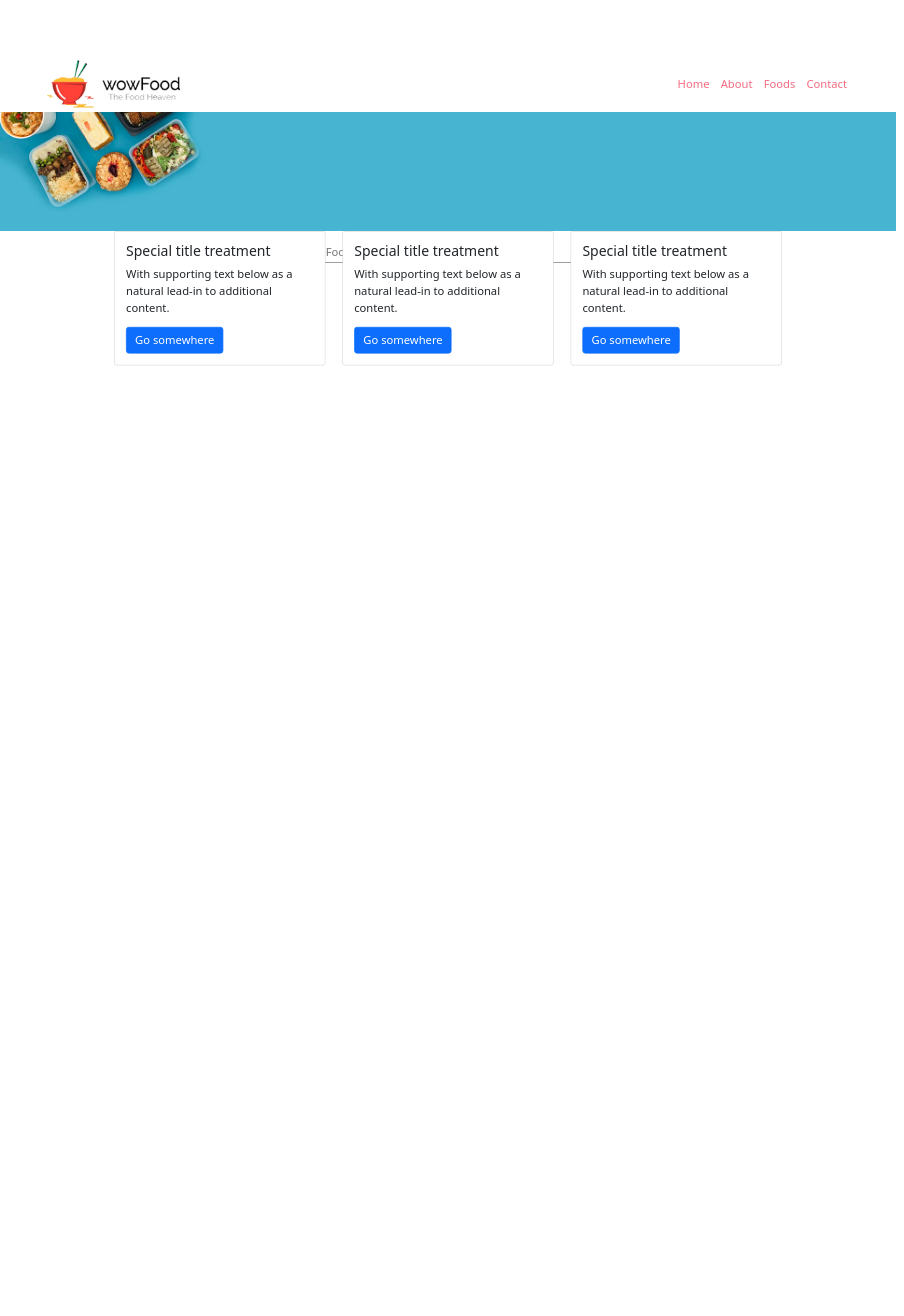
Repository: ruaruababa/RestaurantBS5
Page: html/index.html
These files come from the project's save history. The page is drawn as it stood at one moment and after a run of saves; the edit follows.
The browser window is 1280 px wide. The page is 1292 px wide, so the pictures cover 1292 px, including what lies to the right of the window. The pictures show the part of the page from y = 0 to 1880 px (the page is 3080 px tall), at 70% of full size.

Above is the page before, as saved 2021-09-25 17:07:43.

After the next 2 saves:
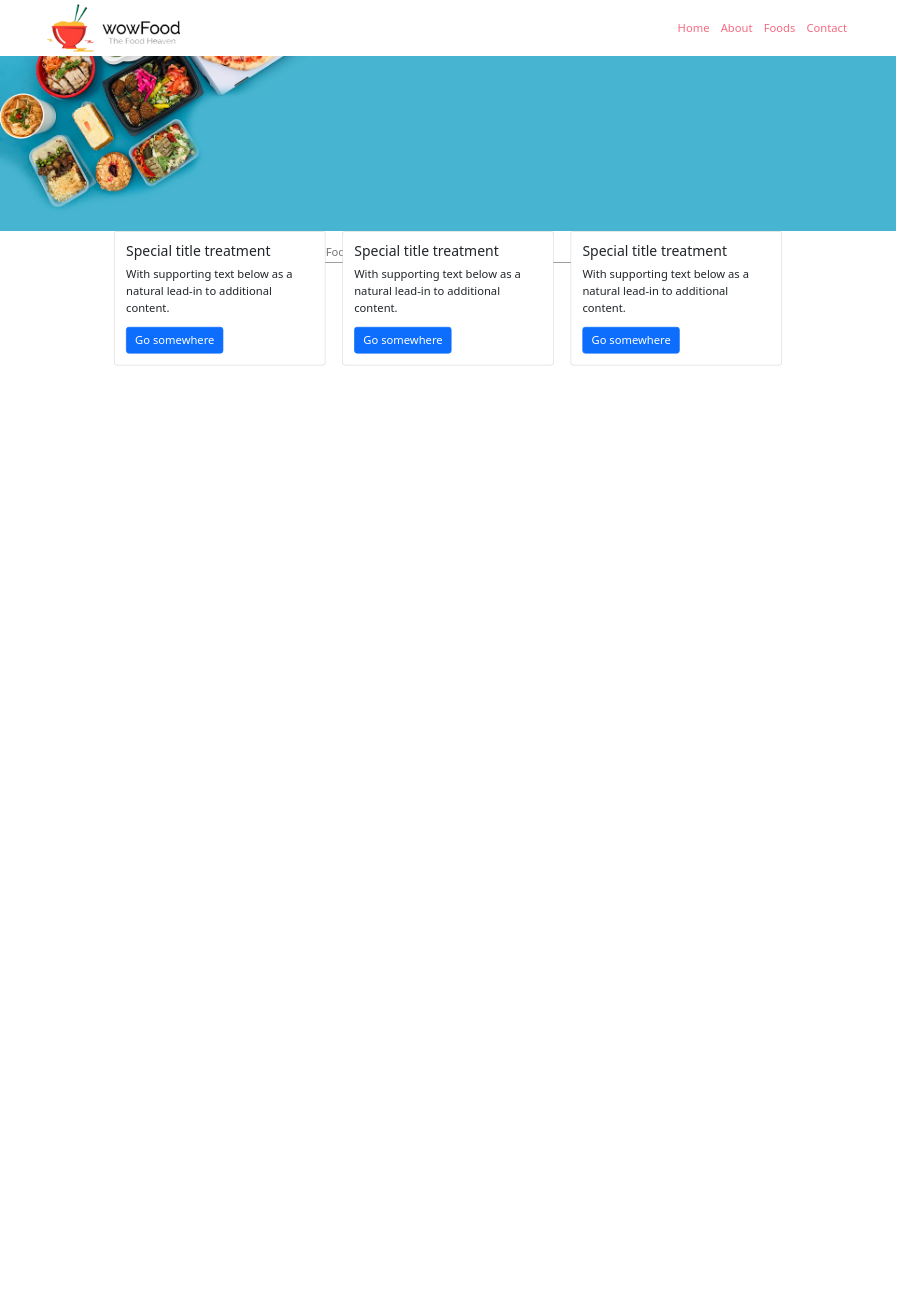
The 2 saves are shown as one change because they came seconds apart.
The last was saved 7 s later.
--- a/css/style.css
+++ b/css/style.css
@@ -7,7 +7,7 @@
     position: fixed;
     width: 100%;
     z-index: 1;
-    top0
+    top: 0;
 }
 .navbar-collapse{
     justify-content: end;
